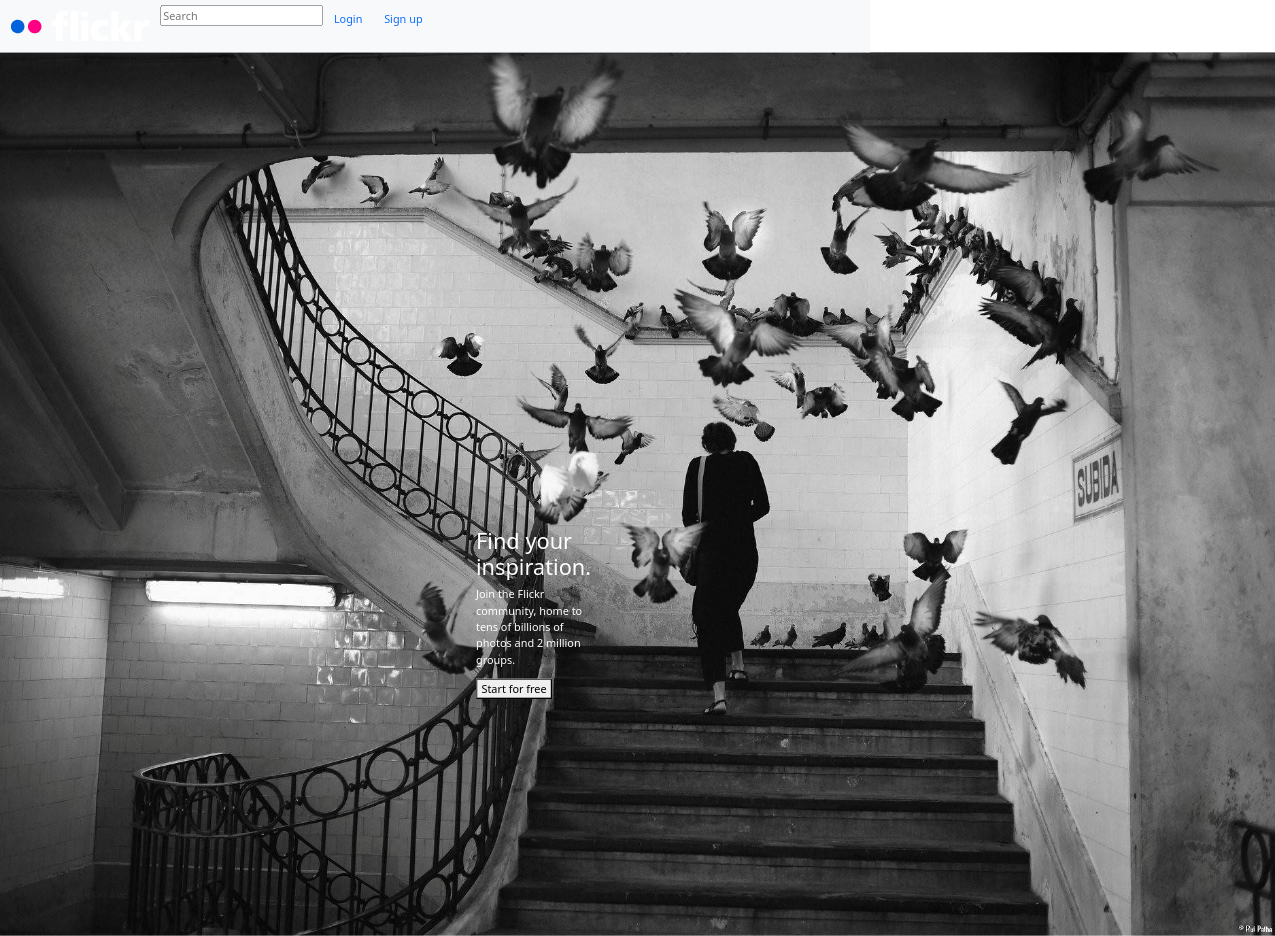
Repository: Alphosmart/LEVEL_1
Page: index.html
The author's editor kept a copy of each file at every save. The page is drawn from the files as they stood at one save, then again after the next save.
The browser window is 1280 px wide. The page is 1875 px wide, so the pictures cover 1875 px, including what lies to the right of the window. The pictures show the whole page, at 68% of full size.

Above is the page before, as saved 2024-06-03 10:00:39.

### index.html
<!DOCTYPE html>
<html lang="en">
  <head>
    <meta charset="UTF-8" />
    <meta name="viewport" content="width=device-width, initial-scale=1.0" />
    <title>Flickr</title>
    <link rel="stylesheet" href="style.css" />
    <link rel="stylesheet" href="/bootstrap-5.3.3-dist/css/bootstrap.css" />
    <style>
      .mySlides {
        display: none;
      }
    </style>
  </head>
  <body>
    <nav class="navbar navbar-expand-lg bg-body-tertiary">
      <ul class="nav justify-content-end">
        <li class="nav-item">
          <img src="/svg-export/svgexport-2.svg" alt="" class="nav-link" />
        </li>
        <li class="nav-item"><input type="text" placeholder="Search" /></li>
        <li class="nav-item"><button class="nav-link">Login</button></li>
        <li class="nav-item"><button class="nav-link">Sign up</button></li>
      </ul>
    </nav>

    <section>
      <div
        style="
          position: absolute;
          margin: 700px;
          padding: 100px
          align-items: center;
          color: white;
        "
      >
        <h2>Find your inspiration.</h2>
        <p>
          Join the Flickr community, home to tens of billions of photos and 2
          million groups.
        </p>
        <button>Start for free</button>
      </div>

      <div style="max-width: 500px">
        <img
          class="mySlides"
          src="/images/Barbara_van_der_Linde_Boet_and_Harvey.jpg"
          class="d-block w-100"
        />
        <img class="mySlides" src="/images/ines_maria_wingsofvienna.jpg"
        class="d-block w-100 />
        <img
          class="mySlides"
          src="/images/Kris_Peterson_Back_to_The_Future.jpg"
          class="d-block w-100"
        />
        <img
          class="mySlides"
          src="/images/Rui_Palha_Pigeons_at_Bolhao.jpg"
          class="d-block w-80"
        />
        <img
          class="mySlides"
          src="/images/Sally_Rose_Dolak_Tropical_Trendil_Treasure.jpg"
          class="d-block w-100"
        />
        <img
          class="mySlides"
          src="/images/Sean_Sweeney_Snow_Beauty.jpg"
          class="d-block w-100"
        />
      </div>
    </section>

    <script>
      var myIndex = 0;
      carousel();

      function carousel() {
        var i;
        var x = document.getElementsByClassName("mySlides");
        for (i = 0; i < x.length; i++) {
          x[i].style.display = "none";
        }
        myIndex++;
        if (myIndex > x.length) {
          myIndex = 1;
        }
        x[myIndex - 1].style.display = "block";
        setTimeout(carousel, 2000); // Change image every 2 seconds
      }
    </script>
  </body>
</html>

### style.css
/* body {
  font-family: Arial, sans-serif;
  margin: 0;
  padding: 0;
  box-sizing: border-box;
}

.slideshow-container {
  max-width: 500px;
  position: relative;
  margin: auto;
}

.mySlides {
  display: none;
}

.mySlides img {
  width: 100%;
  vertical-align: middle;
}

.fade {
  animation-name: fade;
  animation-duration: 2s;
  animation-iteration-count: infinite;
  animation-direction: alternate;
}

@keyframes fade {
  from {
    opacity: 0.4;
  }
  to {
    opacity: 1;
  }
}

@keyframes slide {
  0% {
    opacity: 0;
  }
  5% {
    opacity: 1;
  }
  20% {
    opacity: 1;
  }
  25% {
    opacity: 0;
  }
  100% {
    opacity: 0;
  }
}

.mySlides:nth-child(1) {
  animation: slide 12s infinite;
}

.mySlides:nth-child(2) {
  animation: slide 12s infinite 2s;
}

.mySlides:nth-child(3) {
  animation: slide 12s infinite 4s;
}

.mySlides:nth-child(4) {
  animation: slide 12s infinite 6s;
}

.mySlides:nth-child(5) {
  animation: slide 12s infinite 8s;
}

.mySlides:nth-child(6) {
  animation: slide 12s infinite 10s;
} */

Loaded but not shown: bootstrap-5.3.3-dist/css/bootstrap.css (library)

After the next save:
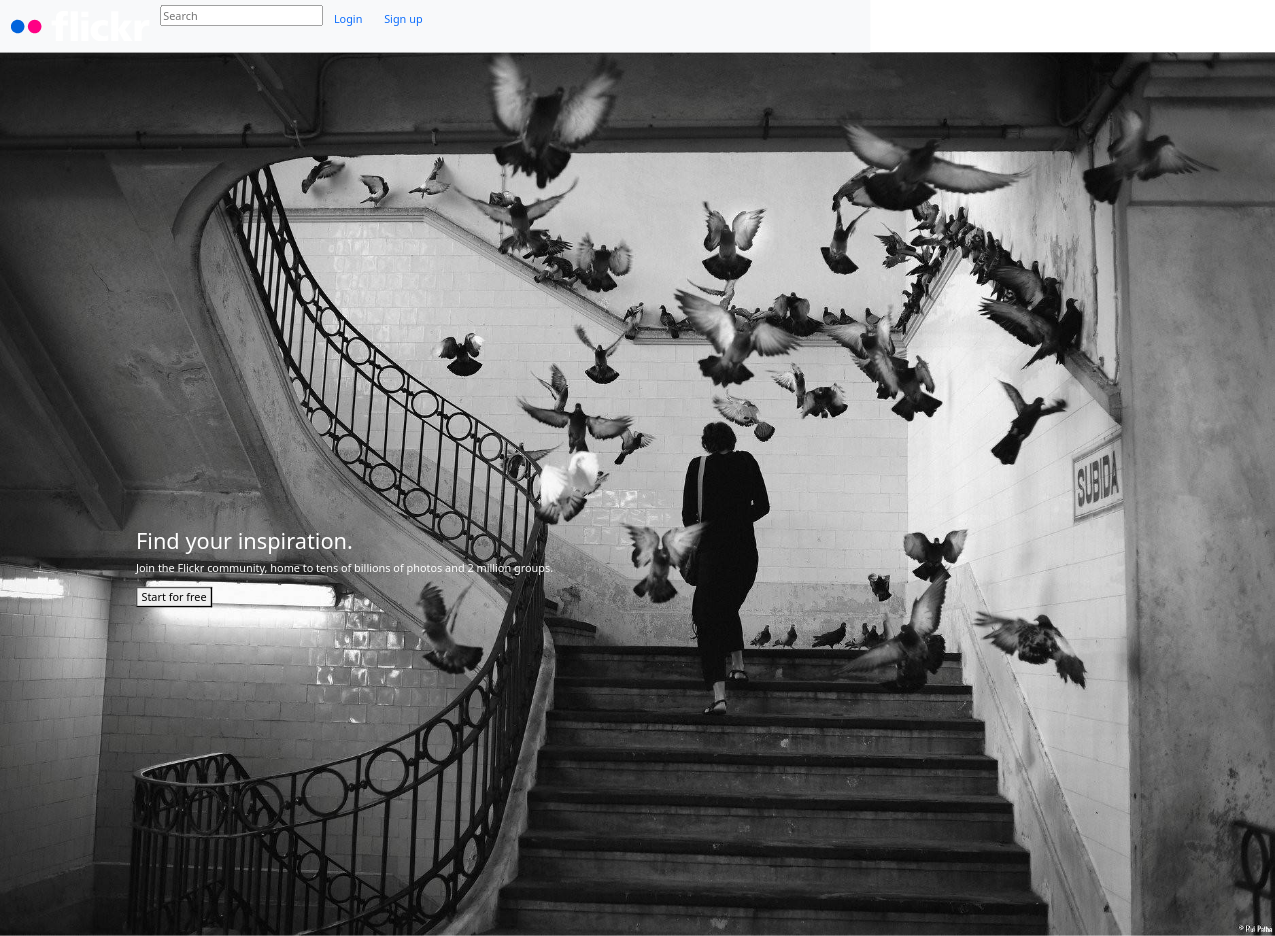
Saved 19 s later.
--- a/index.html
+++ b/index.html
@@ -28,7 +28,7 @@
       <div
         style="
           position: absolute;
-          margin: 700px;
+          margin: 700px 200px;
           padding: 100px
           align-items: center;
           color: white;
